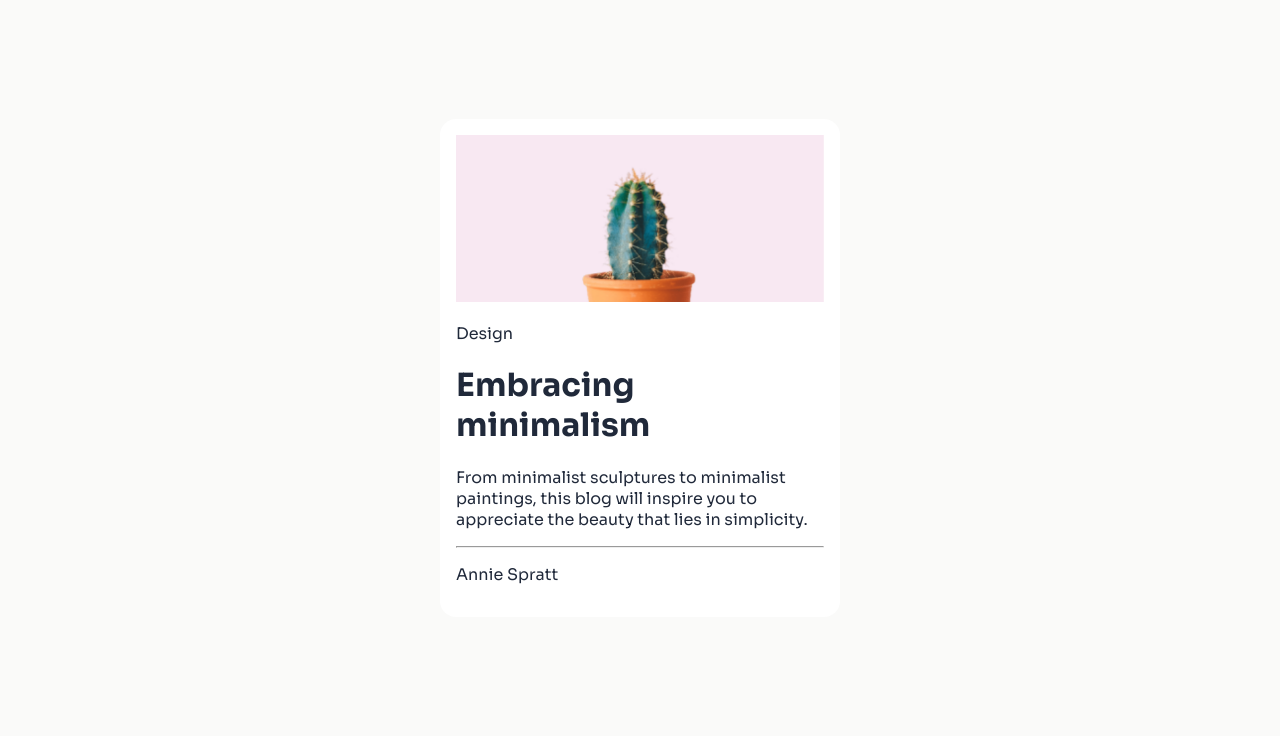
Repository: PCGP22/devChallengesio
Page: 01 - Minimal Blog Card/blogCard.html
The author's editor kept a copy of each file at every save. The page is drawn from the files as they stood at one save, then again after the next save.
The browser window is 1280 px wide. The pictures show the whole page.

Above is the page before, as saved 2024-01-01 19:52:55.

After the next save:
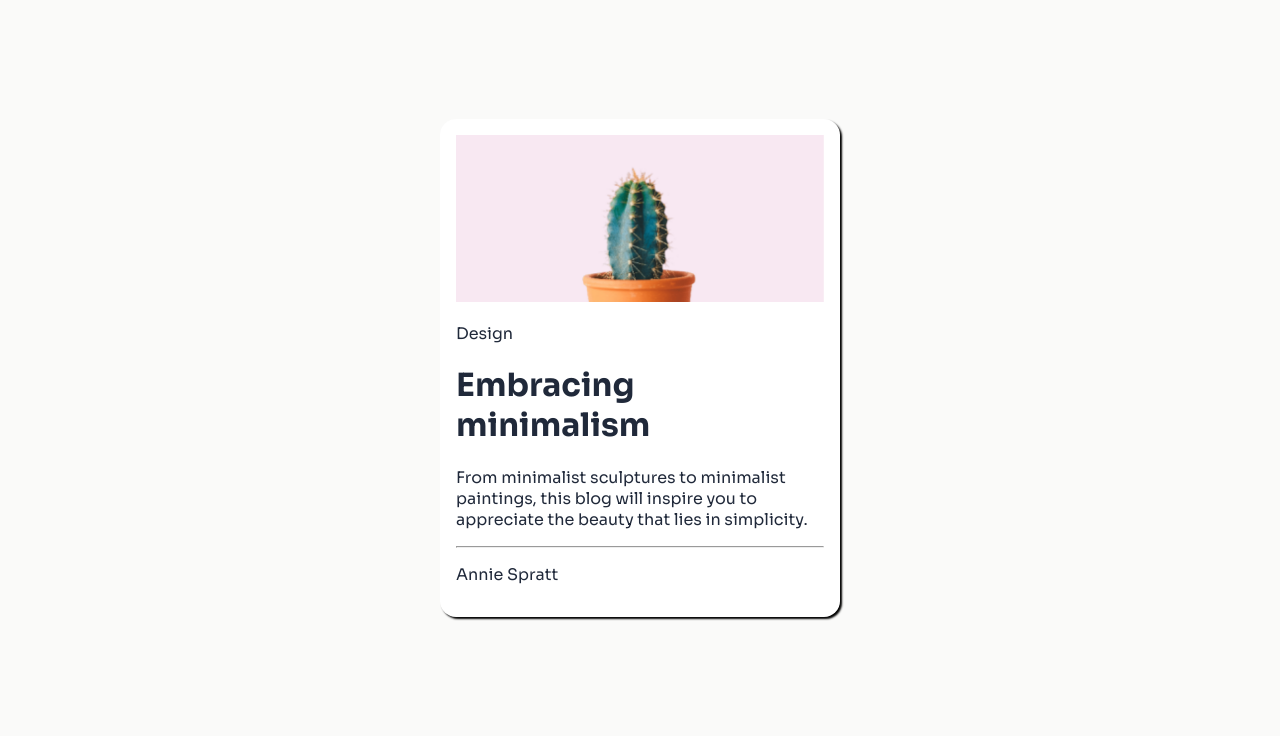
Saved 24 s later.
--- a/01 - Minimal Blog Card/styles.css
+++ b/01 - Minimal Blog Card/styles.css
@@ -28,6 +28,7 @@ body{
     padding: 16px;
     max-width: var(--card_width);
     border-radius: 16px;
+    box-shadow: black 2px 2px 2px;
 }
 
 .card img{
